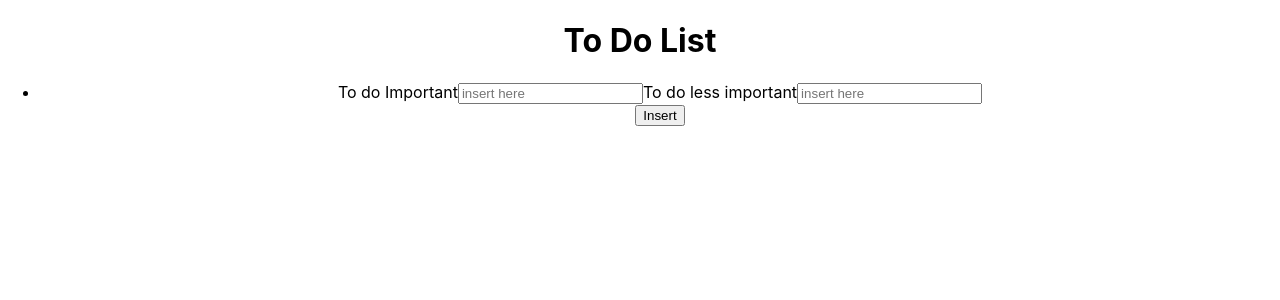
Repository: runner855/Todolist
Page: /
These files come from the project's save history. The page is drawn as it stood at one moment and after the next save; the edit follows.
The browser window is 1280 px wide. The pictures show the whole page.
The project was rebuilt for these pictures with package versions that can differ from the ones it lists, and the page was loaded fresh each time.

Above is the page before, as saved 2021-03-29 15:16:58.

After the next save:
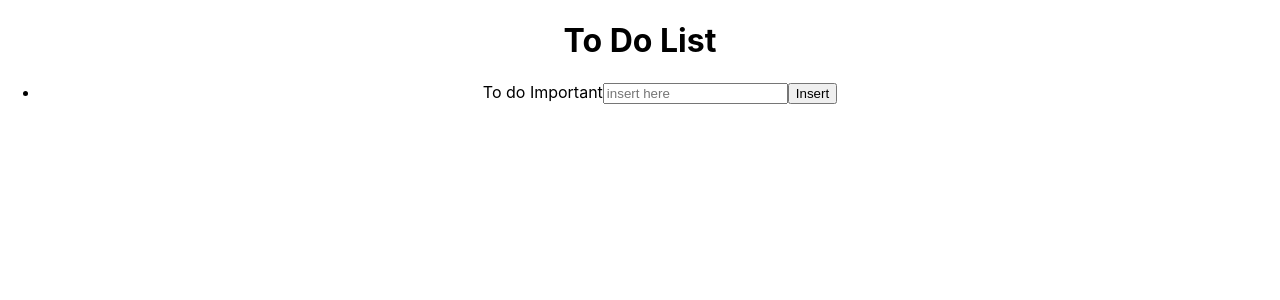
Saved 28 s later.
--- a/src/App.js
+++ b/src/App.js
@@ -12,9 +12,6 @@ function App() {
             placeholder="insert here"
             name="first task"
           ></input>
-          To do less important
-          <input placeholder="insert here" name="first task"></input>
-          <br></br>
           <button> Insert</button>
         </li>
       </ul>
